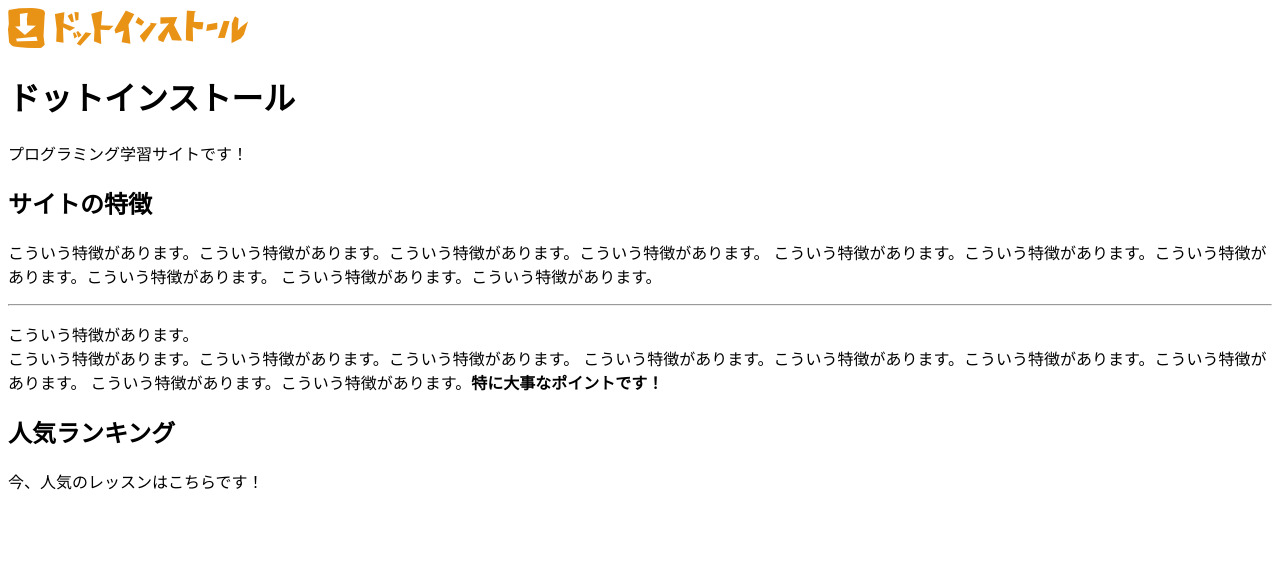
Repository: kojimayu/dotinstall-html
Page: index.html
An editor plug-in stored every save of this project. The page is shown before and after the next save, followed by the edit.
The browser window is 1280 px wide. The pictures show the whole page.

Above is the page before, as saved 2019-04-04 14:49:49.

### index.html
<!DOCTYPE html>
<html lang="ja">

<head>
    <meta charset="UTF-8">
    <title>ドットインストール</title>
    <meta name="description" content="プログラミング学習サイトのドットインストールです。">
    <link rel="icon" href="img/favicon.ico">
</head>

<body>
    <img src="img/logo.png" alt="ドットインストールのロゴです" width="240" height="40">
    <h1>ドットインストール</h1>
    <p>プログラミング学習サイトです！</p>

    <h2>サイトの特徴</h2>
    <p>こういう特徴があります。こういう特徴があります。こういう特徴があります。こういう特徴があります。
        こういう特徴があります。こういう特徴があります。こういう特徴があります。こういう特徴があります。
        こういう特徴があります。こういう特徴があります。
    </p>
    <hr>
    <p>こういう特徴があります。<br>こういう特徴があります。こういう特徴があります。こういう特徴があります。
        こういう特徴があります。こういう特徴があります。こういう特徴があります。こういう特徴があります。
        こういう特徴があります。こういう特徴があります。<strong>特に大事なポイントです！</strong>
    </p>

    <h2>人気ランキング</h2>
    <p>今、人気のレッスンはこちらです！</p>
</body>

</html>

After the next save:
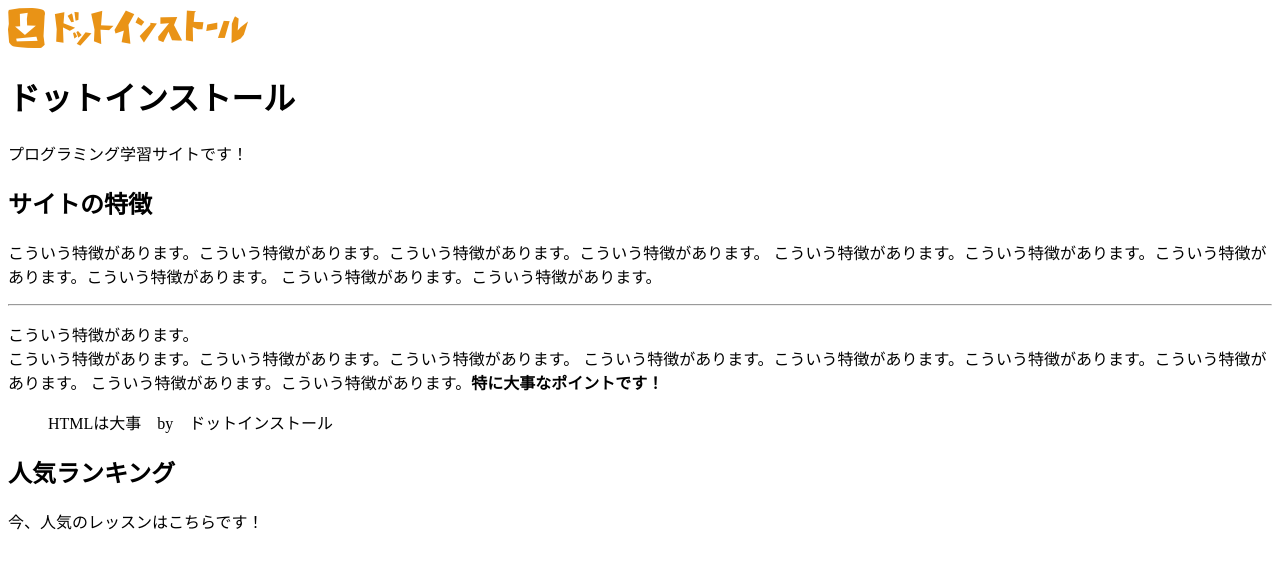
Saved 2 min 6 s later.
--- a/index.html
+++ b/index.html
@@ -23,7 +23,9 @@
         こういう特徴があります。こういう特徴があります。こういう特徴があります。こういう特徴があります。
         こういう特徴があります。こういう特徴があります。<strong>特に大事なポイントです！</strong>
     </p>
-
+    <blockquote>
+        <p>HTMLは大事　by　ドットインストール</p>
+    </blockquote>
     <h2>人気ランキング</h2>
     <p>今、人気のレッスンはこちらです！</p>
 </body>
